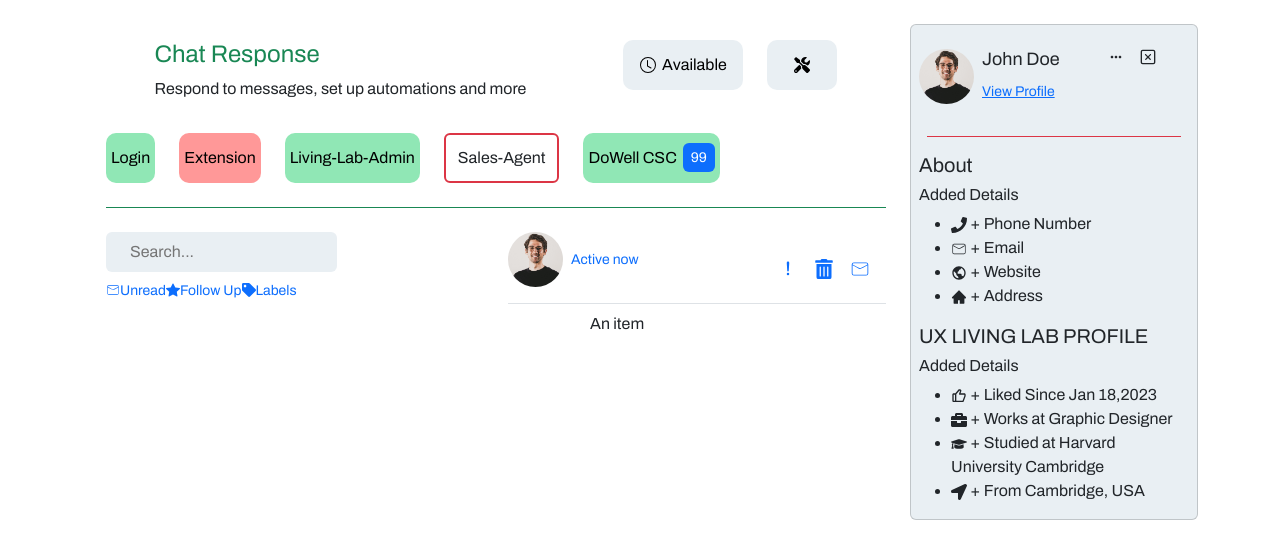
Repository: uh-sman/UX-Living-Lab-Chat
Page: /
The author's editor kept a copy of each file at every save. The page is drawn from the files as they stood at one save, then again after the next save.
The browser window is 1280 px wide. The pictures show the whole page.
The project was rebuilt for these pictures with package versions that can differ from the ones it lists, and the page was loaded fresh each time.

Above is the page before, as saved 2023-05-10 17:49:04.

After the next save:
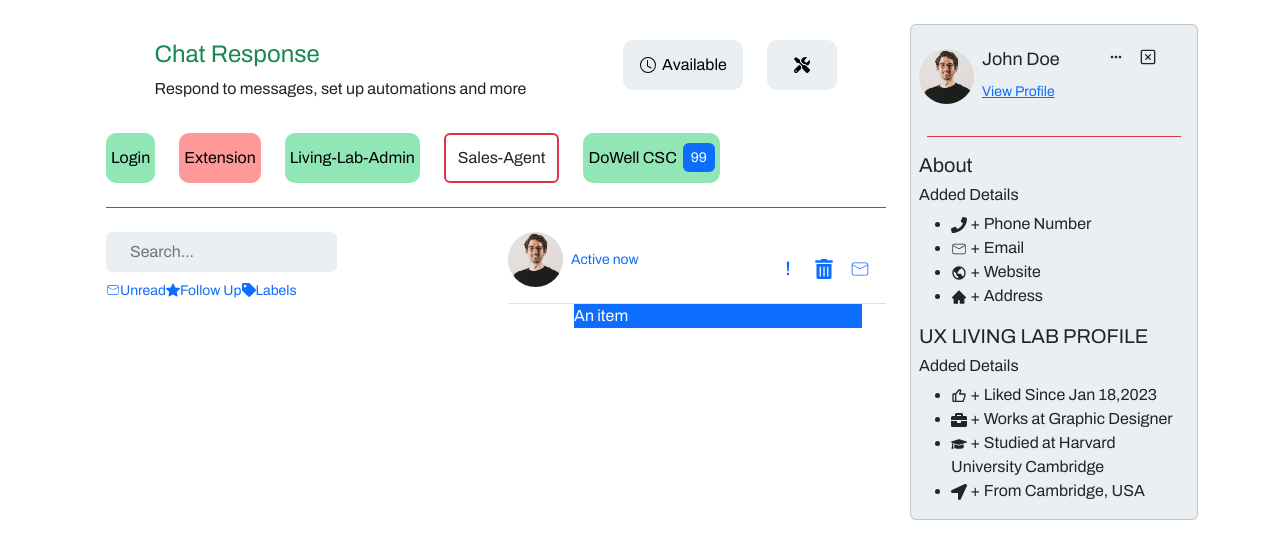
Saved 27 s later.
--- a/src/container/Chats/message/Message.jsx
+++ b/src/container/Chats/message/Message.jsx
@@ -6,10 +6,8 @@ const Message = () => {
     <div className="mx-4">
       <div className="d-flex justify-content-end ">
         {message ? (
-          <div class=" bg-primary text-white" style={{ width: "18rem" }}>
-            <ul class="list-group list-group-flush">
-              <li class="list-group-item">An item</li>
-            </ul>
+          <div class="bg-primary text-white" style={{ width: "18rem" }}>
+            <li class="list-group-item">An item</li>
           </div>
         ) : null}
       </div>
